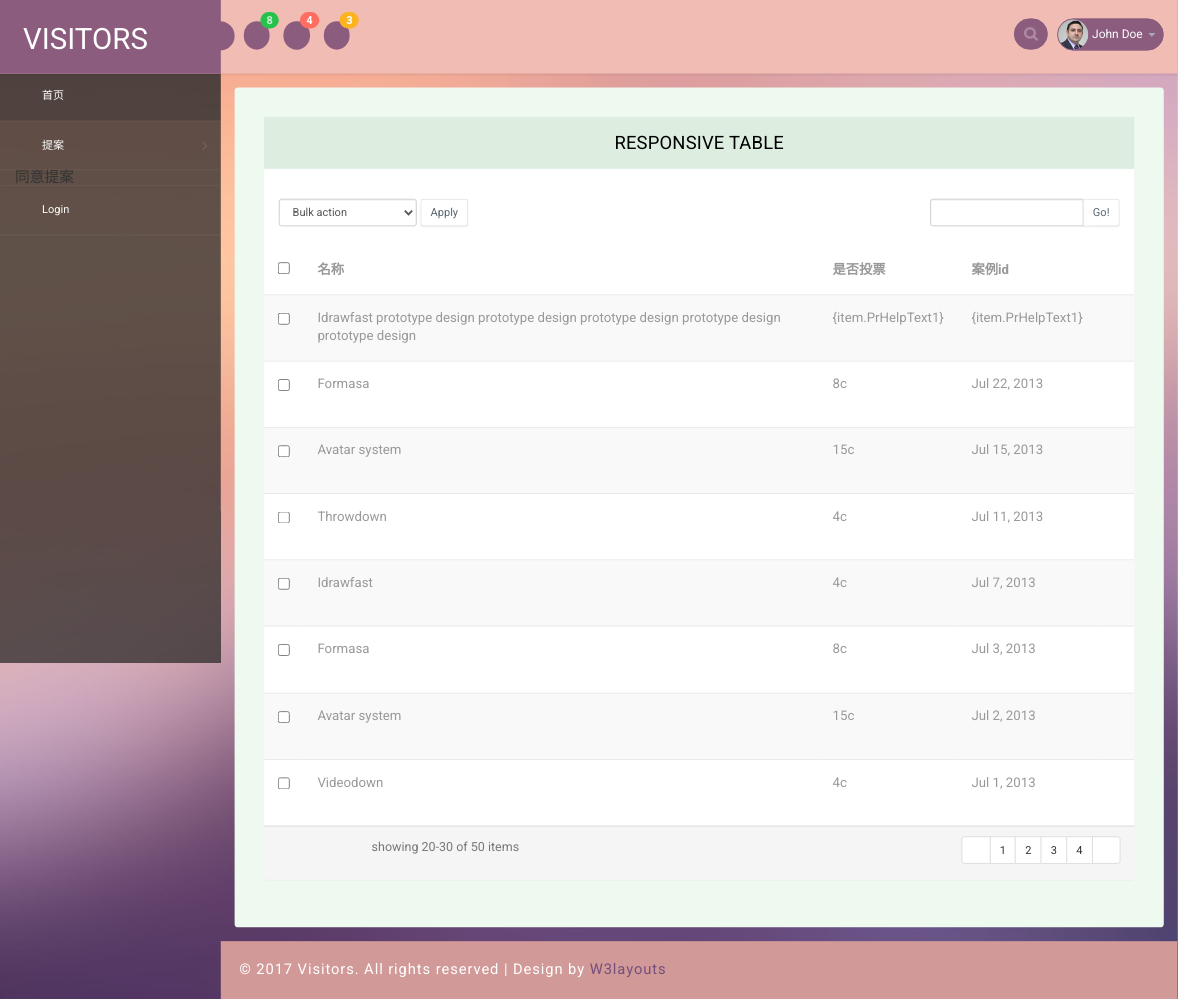
Repository: YU-YUEHAO/Lastwork
Page: DAPP/views/responsive_table.html
The author's editor kept a copy of each file at every save. The page is drawn from the files as they stood at one save, then again after the next save.
The browser window is 1280 px wide. The pictures show the whole page, at 92% of full size.
Some web fonts or font styles are not loaded; a fallback is used.

Above is the page before, as saved 2021-12-01 15:47:23.

### DAPP/views/responsive_table.html
<!--A Design by W3layouts
Author: W3layout
Author URL: http://w3layouts.com
License: Creative Commons Attribution 3.0 Unported
License URL: http://creativecommons.org/licenses/by/3.0/
-->
<!DOCTYPE html>
<head>
<title>Visitors an Admin Panel Category Bootstrap Responsive Website Template | Basic_table :: w3layouts</title>
<meta name="viewport" content="width=device-width, initial-scale=1">
<meta http-equiv="Content-Type" content="text/html; charset=utf-8" />
<meta name="keywords" content="Visitors Responsive web template, Bootstrap Web Templates, Flat Web Templates, Android Compatible web template,
Smartphone Compatible web template, free webdesigns for Nokia, Samsung, LG, SonyEricsson, Motorola web design" />
<script type="application/x-javascript"> addEventListener("load", function() { setTimeout(hideURLbar, 0); }, false); function hideURLbar(){ window.scrollTo(0,1); } </script>
<!-- bootstrap-css -->
<link rel="stylesheet" href="css/bootstrap.min.css" >
<!-- //bootstrap-css -->
<!-- Custom CSS -->
<link href="css/style.css" rel='stylesheet' type='text/css' />
<link href="css/style-responsive.css" rel="stylesheet"/>
<!-- font CSS -->
<link href='//fonts.googleapis.com/css?family=Roboto:400,100,100italic,300,300italic,400italic,500,500italic,700,700italic,900,900italic' rel='stylesheet' type='text/css'>
<!-- font-awesome icons -->
<link rel="stylesheet" href="css/font.css" type="text/css"/>
<link href="css/font-awesome.css" rel="stylesheet">
<!-- //font-awesome icons -->
<script src="js/jquery2.0.3.min.js"></script>
</head>
<body>
<section id="container">
<!--header start-->
<header class="header fixed-top clearfix">
<!--logo start-->
<div class="brand">

    <a href="index.html" class="logo">
        VISITORS
    </a>
    <div class="sidebar-toggle-box">
        <div class="fa fa-bars"></div>
    </div>
</div>
<!--logo end-->

<div class="nav notify-row" id="top_menu">
    <!--  notification start -->
    <ul class="nav top-menu">
        <!-- settings start -->
        <li class="dropdown">
            <a data-toggle="dropdown" class="dropdown-toggle" href="#">
                <i class="fa fa-tasks"></i>
                <span class="badge bg-success">8</span>
            </a>
            <ul class="dropdown-menu extended tasks-bar">
                <li>
                    <p class="">You have 8 pending tasks</p>
                </li>
                <li>
                    <a href="#">
                        <div class="task-info clearfix">
                            <div class="desc pull-left">
                                <h5>Target Sell</h5>
                                <p>25% , Deadline  12 June’13</p>
                            </div>
                                    <span class="notification-pie-chart pull-right" data-percent="45">
                            <span class="percent"></span>
                            </span>
                        </div>
                    </a>
                </li>
                <li>
                    <a href="#">
                        <div class="task-info clearfix">
                            <div class="desc pull-left">
                                <h5>Product Delivery</h5>
                                <p>45% , Deadline  12 June’13</p>
                            </div>
                                    <span class="notification-pie-chart pull-right" data-percent="78">
                            <span class="percent"></span>
                            </span>
                        </div>
                    </a>
                </li>
                <li>
                    <a href="#">
                        <div class="task-info clearfix">
                            <div class="desc pull-left">
                                <h5>Payment collection</h5>
                                <p>87% , Deadline  12 June’13</p>
                            </div>
                                    <span class="notification-pie-chart pull-right" data-percent="60">
                            <span class="percent"></span>
                            </span>
                        </div>
                    </a>
                </li>
                <li>
                    <a href="#">
                        <div class="task-info clearfix">
                            <div class="desc pull-left">
                                <h5>Target Sell</h5>
                                <p>33% , Deadline  12 June’13</p>
                            </div>
                                    <span class="notification-pie-chart pull-right" data-percent="90">
                            <span class="percent"></span>
                            </span>
                        </div>
                    </a>
                </li>

                <li class="external">
                    <a href="#">See All Tasks</a>
                </li>
            </ul>
        </li>
        <!-- settings end -->
        <!-- inbox dropdown start-->
        <li id="header_inbox_bar" class="dropdown">
            <a data-toggle="dropdown" class="dropdown-toggle" href="#">
                <i class="fa fa-envelope-o"></i>
                <span class="badge bg-important">4</span>
            </a>
            <ul class="dropdown-menu extended inbox">
                <li>
                    <p class="red">You have 4 Mails</p>
                </li>
                <li>
                    <a href="#">
                        <span class="photo"><img alt="avatar" src="images/3.png"></span>
                                <span class="subject">
                                <span class="from">Jonathan Smith</span>
                                <span class="time">Just now</span>
                                </span>
                                <span class="message">
                                    Hello, this is an example msg.
                                </span>
                    </a>
                </li>
                <li>
                    <a href="#">
                        <span class="photo"><img alt="avatar" src="images/1.png"></span>
                                <span class="subject">
                                <span class="from">Jane Doe</span>
                                <span class="time">2 min ago</span>
                                </span>
                                <span class="message">
                                    Nice admin template
                                </span>
                    </a>
                </li>
                <li>
                    <a href="#">
                        <span class="photo"><img alt="avatar" src="images/3.png"></span>
                                <span class="subject">
                                <span class="from">Tasi sam</span>
                                <span class="time">2 days ago</span>
                                </span>
                                <span class="message">
                                    This is an example msg.
                                </span>
                    </a>
                </li>
                <li>
                    <a href="#">
                        <span class="photo"><img alt="avatar" src="images/2.png"></span>
                                <span class="subject">
                                <span class="from">Mr. Perfect</span>
                                <span class="time">2 hour ago</span>
                                </span>
                                <span class="message">
                                    Hi there, its a test
                                </span>
                    </a>
                </li>
                <li>
                    <a href="#">See all messages</a>
                </li>
            </ul>
        </li>
        <!-- inbox dropdown end -->
        <!-- notification dropdown start-->
        <li id="header_notification_bar" class="dropdown">
            <a data-toggle="dropdown" class="dropdown-toggle" href="#">

                <i class="fa fa-bell-o"></i>
                <span class="badge bg-warning">3</span>
            </a>
            <ul class="dropdown-menu extended notification">
                <li>
                    <p>Notifications</p>
                </li>
                <li>
                    <div class="alert alert-info clearfix">
                        <span class="alert-icon"><i class="fa fa-bolt"></i></span>
                        <div class="noti-info">
                            <a href="#"> Server #1 overloaded.</a>
                        </div>
                    </div>
                </li>
                <li>
                    <div class="alert alert-danger clearfix">
                        <span class="alert-icon"><i class="fa fa-bolt"></i></span>
                        <div class="noti-info">
                            <a href="#"> Server #2 overloaded.</a>
                        </div>
                    </div>
                </li>
                <li>
                    <div class="alert alert-success clearfix">
                        <span class="alert-icon"><i class="fa fa-bolt"></i></span>
                        <div class="noti-info">
                            <a href="#"> Server #3 overloaded.</a>
                        </div>
                    </div>
                </li>

            </ul>
        </li>
        <!-- notification dropdown end -->
    </ul>
    <!--  notification end -->
</div>
<div class="top-nav clearfix">
    <!--search & user info start-->
    <ul class="nav pull-right top-menu">
        <li>
            <input type="text" class="form-control search" placeholder=" Search">
        </li>
        <!-- user login dropdown start-->
        <li class="dropdown">
            <a data-toggle="dropdown" class="dropdown-toggle" href="#">
                <img alt="" src="images/2.png">
                <span class="username">John Doe</span>
                <b class="caret"></b>
            </a>
            <ul class="dropdown-menu extended logout">
                <li><a href="#"><i class=" fa fa-suitcase"></i>Profile</a></li>
                <li><a href="#"><i class="fa fa-cog"></i> Settings</a></li>
                <li><a href="login.html"><i class="fa fa-key"></i> Log Out</a></li>
            </ul>
        </li>
        <!-- user login dropdown end -->

    </ul>
    <!--search & user info end-->
</div>
</header>
<!--header end-->
<!--sidebar start-->
<aside>
    <div id="sidebar" class="nav-collapse">
        <!-- sidebar menu start-->
        <div class="leftside-navigation">
            <ul class="sidebar-menu" id="nav-accordion">
                <li>
                    <a class="active" href="http://localhost:3000/index2">
                        <i class="fa fa-dashboard"></i>
                        <span>首页</span>
                    </a>
                </li>

                <li class="sub-menu">
                    <a href="javascript:;">
                        <i class="fa fa-th"></i>
                        <span>提案</span>
                    </a>
                    <ul class="sub">
                        <li><a href="http://localhost:3000/basic_table">发起提案</a></li>
                        <li><a href="http://localhost:3000/responsive_table">查看提案</a></li>
                    </ul>
                </li>
                <li class="sub-menu">

                        <i class="fa fa-tasks"></i>
                        <span>同意提案</span>

                    <ul class="sub">

                        <li><a href="form_validation.html">操作</a></li>

                    </ul>
                </li>
                <li>
                    <a href="login.html">
                        <i class="fa fa-user"></i>
                        <span>Login</span>
                    </a>
                </li>
            </ul>            </div>
        <!-- sidebar menu end-->
    </div>
</aside>
<!--sidebar end-->
<!--main content start-->
<section id="main-content">
	<section class="wrapper">
		<div class="table-agile-info">
  <div class="panel panel-default">
    <div class="panel-heading">
      Responsive Table
    </div>
    <div class="row w3-res-tb">
      <div class="col-sm-5 m-b-xs">
        <select class="input-sm form-control w-sm inline v-middle">
          <option value="0">Bulk action</option>
          <option value="1">Delete selected</option>
          <option value="2">Bulk edit</option>
          <option value="3">Export</option>
        </select>
        <button class="btn btn-sm btn-default">Apply</button>
      </div>
      <div class="col-sm-4">
      </div>
      <div class="col-sm-3">
        <div class="input-group">
          <input type="text" class="input-sm form-control" placeholder="Search">
          <span class="input-group-btn">
            <button class="btn btn-sm btn-default" type="button">Go!</button>
          </span>
        </div>
      </div>
    </div>
    <div class="table-responsive">
      <table class="table table-striped b-t b-light">
        <thead>
          <tr>
            <th style="width:20px;">
              <label class="i-checks m-b-none">
                <input type="checkbox"><i></i>
              </label>
            </th>
            <th>名称</th>
            <th>是否投票</th>
            <th>案例id</th>
            <th style="width:30px;"></th>
          </tr>
        </thead>
        <tbody>
          <tr>
            <td><label class="i-checks m-b-none"><input type="checkbox" name="post[]"><i></i></label></td>
            <td>Idrawfast prototype design prototype design prototype design prototype design prototype design</td>
            <td><span class="text-ellipsis">{item.PrHelpText1}</span></td>
            <td><span class="text-ellipsis">{item.PrHelpText1}</span></td>
            <td>
              <a href="" class="active" ui-toggle-class=""><i class="fa fa-check text-success text-active"></i><i class="fa fa-times text-danger text"></i></a>
            </td>
          </tr>
          <tr>
            <td><label class="i-checks m-b-none"><input type="checkbox" name="post[]"><i></i></label></td>
            <td>Formasa</td>
            <td>8c</td>
            <td>Jul 22, 2013</td>
            <td>
              <a href="" ui-toggle-class=""><i class="fa fa-check text-success text-active"></i><i class="fa fa-times text-danger text"></i></a>
            </td>
          </tr>
          <tr>
            <td><label class="i-checks m-b-none"><input type="checkbox" name="post[]"><i></i></label></td>
            <td>Avatar system</td>
            <td>15c</td>
            <td>Jul 15, 2013</td>
            <td>
              <a href="" class="active" ui-toggle-class=""><i class="fa fa-check text-success text-active"></i><i class="fa fa-times text-danger text"></i></a>
            </td>
          </tr>
          <tr>
            <td><label class="i-checks m-b-none"><input type="checkbox" name="post[]"><i></i></label></td>
            <td>Throwdown</td>
            <td>4c</td>
            <td>Jul 11, 2013</td>
            <td>
              <a href="" class="active" ui-toggle-class=""><i class="fa fa-check text-success text-active"></i><i class="fa fa-times text-danger text"></i></a>
            </td>
          </tr>
          <tr>
            <td><label class="i-checks m-b-none"><input type="checkbox" name="post[]"><i></i></label></td>
            <td>Idrawfast</td>
            <td>4c</td>
            <td>Jul 7, 2013</td>
            <td>
              <a href="" class="active" ui-toggle-class=""><i class="fa fa-check text-success text-active"></i><i class="fa fa-times text-danger text"></i></a>
            </td>
          </tr>
          <tr>
            <td><label class="i-checks m-b-none"><input type="checkbox" name="post[]"><i></i></label></td>
            <td>Formasa</td>
            <td>8c</td>
            <td>Jul 3, 2013</td>
            <td>
              <a href="" class="active" ui-toggle-class=""><i class="fa fa-check text-success text-active"></i><i class="fa fa-times text-danger text"></i></a>
            </td>
          </tr>
          <tr>
            <td><label class="i-checks m-b-none"><input type="checkbox" name="post[]"><i></i></label></td>
            <td>Avatar system</td>
            <td>15c</td>
            <td>Jul 2, 2013</td>
            <td>
              <a href="" class="active" ui-toggle-class=""><i class="fa fa-check text-success text-active"></i><i class="fa fa-times text-danger text"></i></a>
            </td>
          </tr>
          <tr>
            <td><label class="i-checks m-b-none"><input type="checkbox" name="post[]"><i></i></label></td>
            <td>Videodown</td>
            <td>4c</td>
            <td>Jul 1, 2013</td>
            <td>
              <a href="" class="active" ui-toggle-class=""><i class="fa fa-check text-success text-active"></i><i class="fa fa-times text-danger text"></i></a>
            </td>
          </tr>
        </tbody>
      </table>
    </div>
    <footer class="panel-footer">
      <div class="row">

        <div class="col-sm-5 text-center">
          <small class="text-muted inline m-t-sm m-b-sm">showing 20-30 of 50 items</small>
        </div>
        <div class="col-sm-7 text-right text-center-xs">
          <ul class="pagination pagination-sm m-t-none m-b-none">
            <li><a href=""><i class="fa fa-chevron-left"></i></a></li>
            <li><a href="">1</a></li>
            <li><a href="">2</a></li>
            <li><a href="">3</a></li>
            <li><a href="">4</a></li>
            <li><a href=""><i class="fa fa-chevron-right"></i></a></li>
          </ul>
        </div>
      </div>
    </footer>
  </div>
</div>
</section>
 <!-- footer -->
		  <div class="footer">
			<div class="wthree-copyright">
			  <p>© 2017 Visitors. All rights reserved | Design by <a href="http://w3layouts.com">W3layouts</a></p>
			</div>
		  </div>
  <!-- / footer -->
</section>

<!--main content end-->
</section>
<script src="js/bootstrap.js"></script>
<script src="js/jquery.dcjqaccordion.2.7.js"></script>
<script src="js/scripts.js"></script>
<script src="js/jquery.slimscroll.js"></script>
<script src="js/jquery.nicescroll.js"></script>
<!--[if lte IE 8]><script language="javascript" type="text/javascript" src="js/flot-chart/excanvas.min.js"></script><![endif]-->
<script src="js/jquery.scrollTo.js"></script>
</body>
</html>

Loaded but not shown: DAPP/public/css/bootstrap.min.css (library); DAPP/public/css/font.css (library); DAPP/public/css/font-awesome.css (library); DAPP/public/javascripts/jquery2.0.3.min.js (library); DAPP/public/javascripts/bootstrap.js (library); DAPP/public/javascripts/jquery.dcjqaccordion.2.7.js (library); DAPP/public/javascripts/jquery.slimscroll.js (library); DAPP/public/javascripts/jquery.nicescroll.js (library); DAPP/public/javascripts/jquery.scrollTo.js (library); DAPP/public/javascripts/scripts.js (290 lines, source omitted); DAPP/public/css/style.css (3146 lines, source omitted); DAPP/public/css/style-responsive.css (331 lines, source omitted)

After the next save:
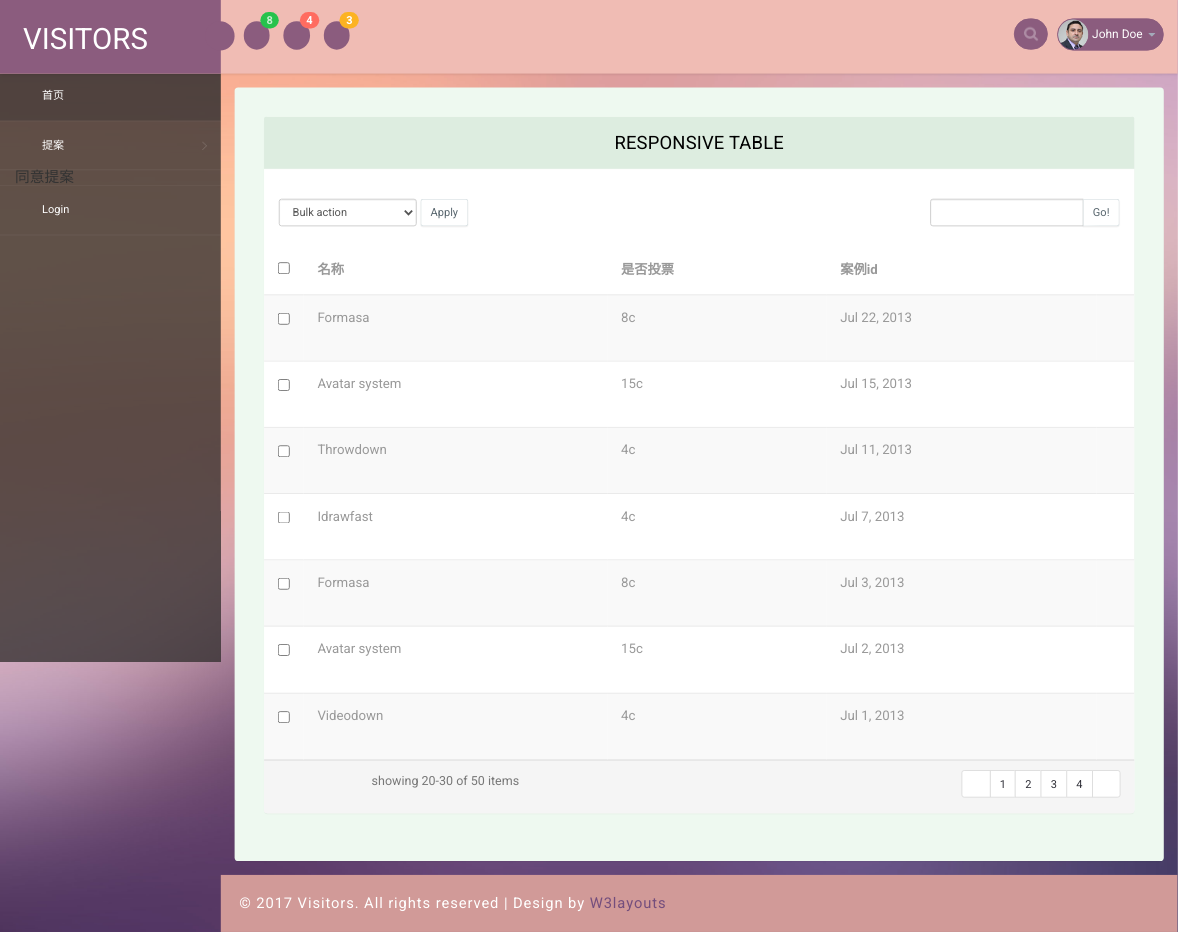
Saved 45 s later.
--- a/DAPP/views/responsive_table.html
+++ b/DAPP/views/responsive_table.html
@@ -336,15 +336,7 @@ Smartphone Compatible web template, free webdesigns for Nokia, Samsung, LG, Sony
           </tr>
         </thead>
         <tbody>
-          <tr>
-            <td><label class="i-checks m-b-none"><input type="checkbox" name="post[]"><i></i></label></td>
-            <td>Idrawfast prototype design prototype design prototype design prototype design prototype design</td>
-            <td><span class="text-ellipsis">{item.PrHelpText1}</span></td>
-            <td><span class="text-ellipsis">{item.PrHelpText1}</span></td>
-            <td>
-              <a href="" class="active" ui-toggle-class=""><i class="fa fa-check text-success text-active"></i><i class="fa fa-times text-danger text"></i></a>
-            </td>
-          </tr>
+
           <tr>
             <td><label class="i-checks m-b-none"><input type="checkbox" name="post[]"><i></i></label></td>
             <td>Formasa</td>
